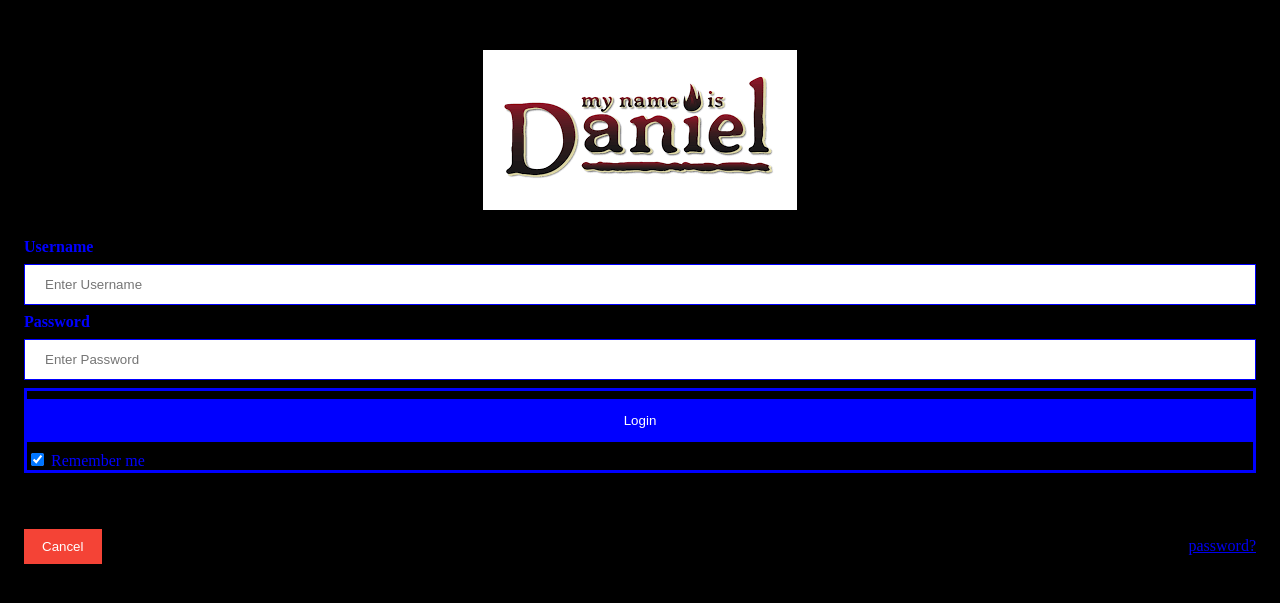
Repository: Danielrr07/Danielrr07.github.io
Page: My_Website/websiteproject.html
The author's editor kept a record of every edit. The page is drawn from the files as they stood at one moment, then again after the next edit.
The browser window is 1280 px wide. The pictures show the whole page.

Above is the page before.

After the next edit:
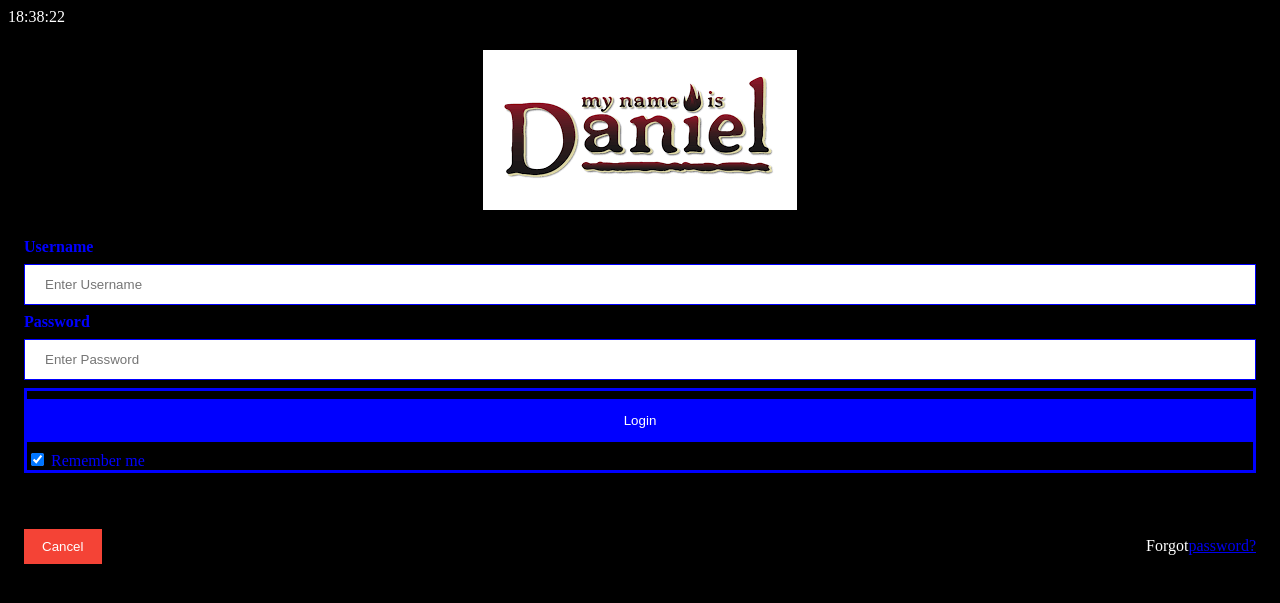
The edit:
--- a/My_Website/websiteproject.css
+++ b/My_Website/websiteproject.css
@@ -74,3 +74,7 @@
     width: 100%;
   }
 }
+div{
+  color:white;
+}
+}
